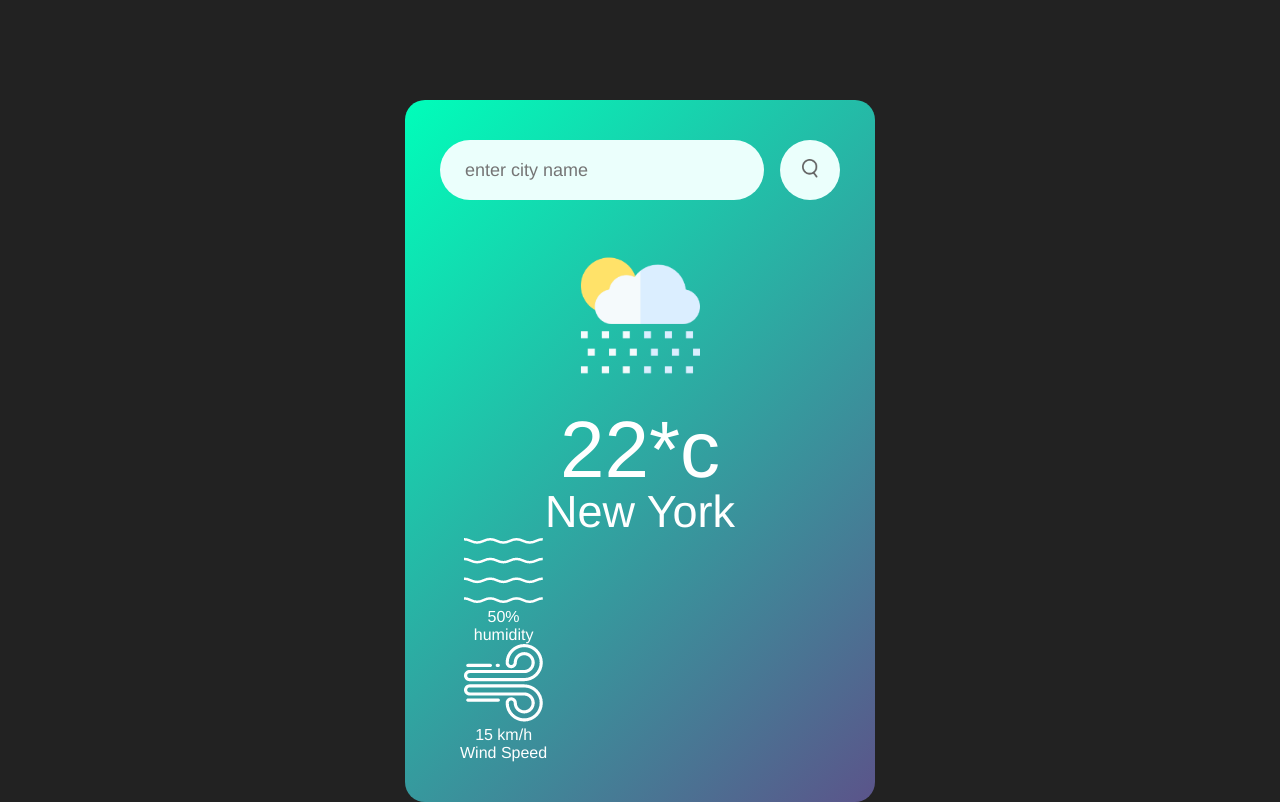
Repository: sodmaq/weatherApp
Page: index.html
The author's editor kept a copy of each file at every save. The page is drawn from the files as they stood at one save, then again after the next save.
The browser window is 1280 px wide. The pictures show the whole page.

Above is the page before, as saved 2023-06-24 22:37:12.

After the next save:
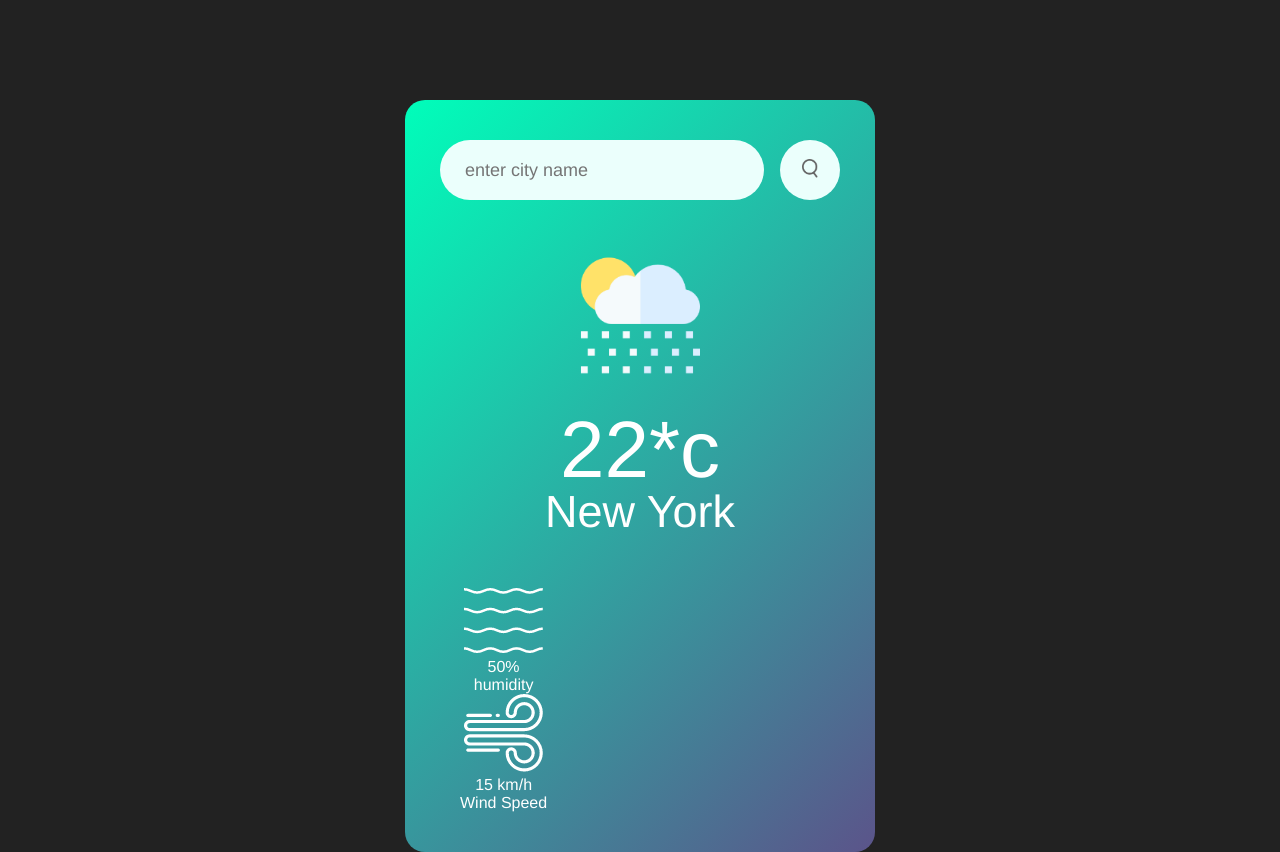
Saved 4 s later.
--- a/style.css
+++ b/style.css
@@ -69,5 +69,5 @@ body {
   align-items: center;
   justify-content: space-between;
   padding: 0 20px;
-  margin-top: ;
+  margin-top: 50px;
 }
